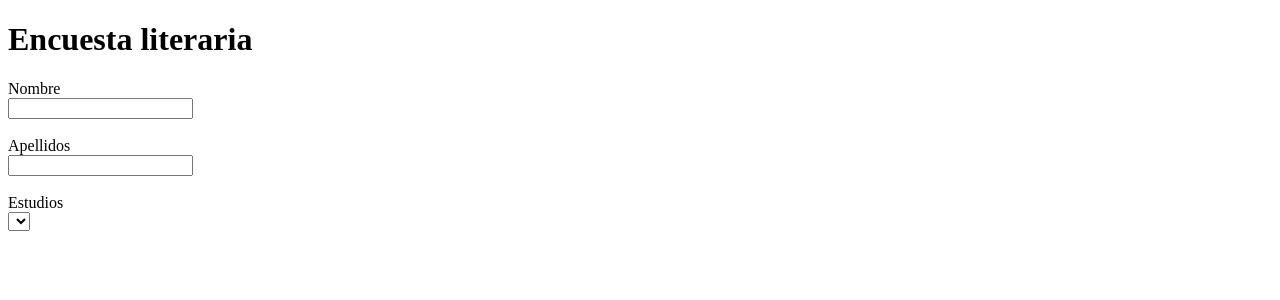
Repository: RaulWhite/javaEE
Page: Encuesta/WebContent/index.html
These files come from the project's save history. The page is drawn as it stood at one moment and after the next save; the edit follows.
The browser window is 1280 px wide. The pictures show the whole page.

Above is the page before, as saved 2017-02-16 17:47:25.

After the next save:
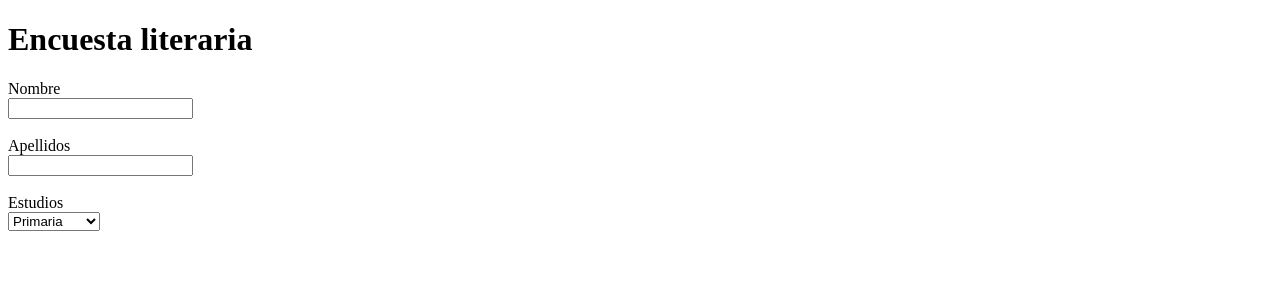
Saved 46 s later.
--- a/Encuesta/WebContent/index.html
+++ b/Encuesta/WebContent/index.html
@@ -13,7 +13,9 @@
 			<input type="text" name="apellidos"><br><br>
 			Estudios<br>
 			<select name="estudios">
-				<option value=""></option>
+				<option>Primaria</option>
+				<option>Secundaria</option>
+				<option>Bachillerato</option>
 			</select>
 		</form>
 	</body>
